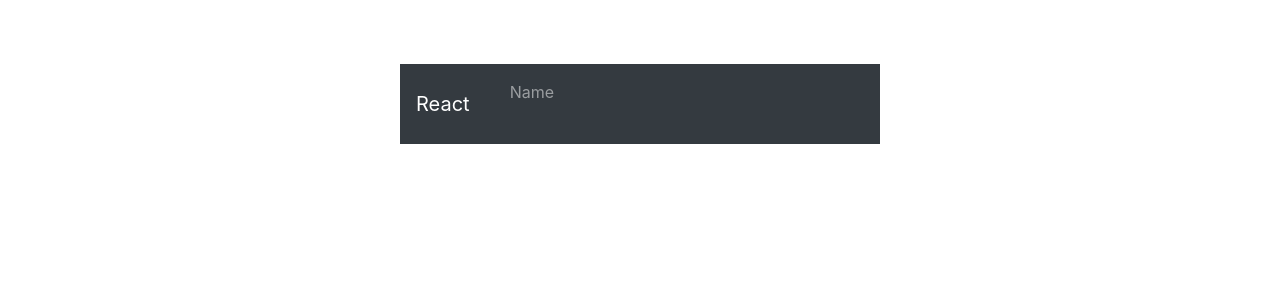
Repository: Abdaljawad-Aya/interview-task
Page: /add (app in javascriptArray/test/)
These files come from the project's save history. The page is drawn as it stood at one moment and after the next save; the edit follows.
The browser window is 1280 px wide. The pictures show the whole page.
Some web libraries are served in a nearby version. The project was rebuilt for these pictures with package versions that can differ from the ones it lists, and the page was loaded fresh each time. Also part of the build but not shown: javascriptArray/test/src/compnents/Home.js, javascriptArray/test/src/compnents/EditUser.js. Imported but missing from the stored project, and not drawn on this page: javascriptArray/test/src/compnents/Heading, javascriptArray/test/src/compnents/UserList, javascriptArray/test/src/context/GlobalState.

Above is the page before, as saved 2021-03-10 16:02:04.

After the next save:
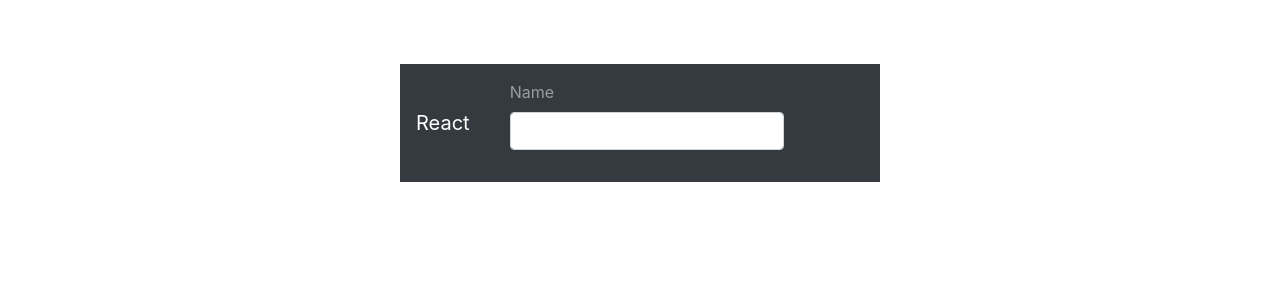
Saved 16 s later.
--- a/javascriptArray/test/src/compnents/AddUser.js
+++ b/javascriptArray/test/src/compnents/AddUser.js
@@ -5,6 +5,7 @@
     <Form>
       <FormGroup>
         <Label>Name</Label>
+        <Input></Input>
       </FormGroup>
     </Form>
   )
